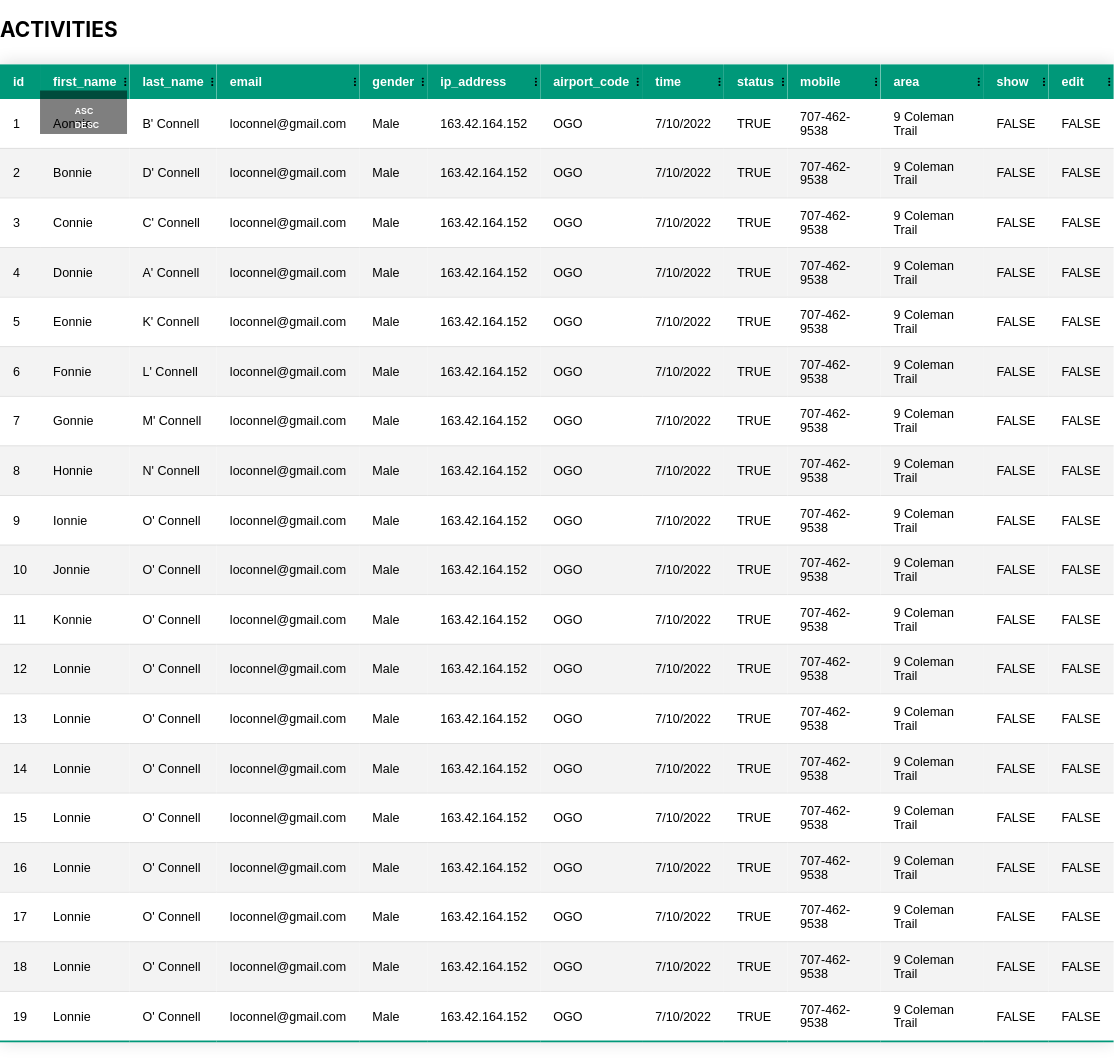
Repository: kartik077-cr7/Ckart
Page: /, after clicking the first element matching `img`
An editor plug-in stored every save of this project. The page is shown before and after the next save, followed by the edit.
The browser window is 1280 px wide. The pictures show the whole page, at 87% of full size.
The project was rebuilt for these pictures with package versions that can differ from the ones it lists, and the page was loaded fresh each time.

Above is the page before, as saved 2022-12-10 21:28:39.

### src/App.js
import Table from "./components/Table";
import { useState } from "react";
import { driversData } from "./demoData/data";
import './App.css';

function App() {

	const [tableData,setTableData] = useState(driversData);
  const [sortedCol,setSortedCol] = useState({column:-1,order:-1});

	const columns = ["id","first_name","last_name","email","gender","ip_address","airport_code","time","status","mobile","area","show","edit"];

	Array.prototype.ModernSort = function(tag,order){

		// console.log("tag is ",tag);
		function compare(a,b){
      // console.log("tag inside is ",tag);
			// console.log(a," ",a[tag]," comparing with ",b[tag]);
			if(a[tag] > b[tag])
			{
				if(order == 1)
					return 1;
				else
					return -1;
			}
			else
			{
				if(order == 1)
					return -1;
				else
					return 1;

			}
		}
		this.sort(compare);
};

	const handleFilter = (index,val) => {
		  // console.log("Filtering ",index," and val is ",val);
      const temp = tableData;
			setSortedCol({column:index,order:val});
			const tag = columns[index];
			temp.ModernSort(tag,val);
			// console.log("new table data is ",tableData);
			setTableData(tableData);
	};

  return (
    <div className="App">
			<Table
			   sortedCol = {sortedCol}
			   data = {driversData}
			   headingColumns={columns}
				 title = "Activities"
				 handleFilter={handleFilter}
			/>
    </div>
  );
}

export default App;

### src/components/Table.js
import React from "react";
import Column from "./Column";

const Table = ({ data,headingColumns,title,handleFilter,sortedCol }) => {

	const rowDatas = data.map((row,index) => {

		let rowData = [];
		let i = 0;

		for(const key in row){
			rowData.push({
				key: headingColumns[i],
				val: row[key]
			});
			i++;
		}

		const checkStatus = (data) => {
			if(data.key == 'status')
			{
				if(data.val == 'FALSE')
				  return 'red';
				else
				  return 'green';
			}
			else
			  return '';
		}

		return <tr key={index}>
		{rowData.map((data, index) => <td key={index} className={checkStatus(data)}  data-heading={data.key}>{data.val}</td>)}
	  </tr>
	})

	return (
		<div className="table-container">
			<div className="table-title">
				<h2>{title.toUpperCase()}</h2>
			</div>
			<table className="table-class">
				<thead>
					<tr>
						{headingColumns.map((col,index) => (
							<Column sortedCol={sortedCol} handleFilter={handleFilter} key={index} column_name={col} index={index}/>
						))}
					</tr>
				</thead>
				<tbody>
					{rowDatas}
				</tbody>
			</table>
		</div>
	)
}

export default Table;

### src/demoData/data.js
export const driversData = [
  {
    id: 1,
    first_name: "Aonnie",
		last_name: "B' Connell ",
		email: "loconnel@gmail.com",
		gender: "Male",
		ip_address: "163.42.164.152",
		airport_code:"OGO",
		time:"7/10/2022",
		status:"TRUE",
		mobile:"707-462-9538",
		area: "9 Coleman Trail",
		show: "FALSE",
		edit: "FALSE"
  },
  {
    id: 2,
    first_name: "Bonnie",
		last_name: "D' Connell ",
		email: "loconnel@gmail.com",
		gender: "Male",
		ip_address: "163.42.164.152",
		airport_code:"OGO",
		time:"7/10/2022",
		status:"TRUE",
		mobile:"707-462-9538",
		area: "9 Coleman Trail",
		show: "FALSE",
		edit: "FALSE"
  },
  {
    id: 3,
    first_name: "Connie",
		last_name: "C' Connell ",
		email: "loconnel@gmail.com",
		gender: "Male",
		ip_address: "163.42.164.152",
		airport_code:"OGO",
		time:"7/10/2022",
		status:"TRUE",
		mobile:"707-462-9538",
		area: "9 Coleman Trail",
		show: "FALSE",
		edit: "FALSE"
  },
  {
    id: 4,
    first_name: "Donnie",
		last_name: "A' Connell ",
		email: "loconnel@gmail.com",
		gender: "Male",
		ip_address: "163.42.164.152",
		airport_code:"OGO",
		time:"7/10/2022",
		status:"TRUE",
		mobile:"707-462-9538",
		area: "9 Coleman Trail",
		show: "FALSE",
		edit: "FALSE"
  },
  {
    id: 5,
		first_name: "Eonnie",
		last_name: "K' Connell ",
		email: "loconnel@gmail.com",
		gender: "Male",
		ip_address: "163.42.164.152",
		airport_code:"OGO",
		time:"7/10/2022",
		status:"TRUE",
		mobile:"707-462-9538",
		area: "9 Coleman Trail",
		show: "FALSE",
		edit: "FALSE"
  },
  {
    id: 6,
		first_name: "Fonnie",
		last_name: "L' Connell ",
		email: "loconnel@gmail.com",
		gender: "Male",
		ip_address: "163.42.164.152",
		airport_code:"OGO",
		time:"7/10/2022",
		status:"TRUE",
		mobile:"707-462-9538",
		area: "9 Coleman Trail",
		show: "FALSE",
		edit: "FALSE"
  },
  {
    id: 7,
		first_name: "Gonnie",
		last_name: "M' Connell ",
		email: "loconnel@gmail.com",
		gender: "Male",
		ip_address: "163.42.164.152",
		airport_code:"OGO",
		time:"7/10/2022",
		status:"TRUE",
		mobile:"707-462-9538",
		area: "9 Coleman Trail",
		show: "FALSE",
		edit: "FALSE"
  },
  {
    id: 8,
		first_name: "Honnie",
		last_name: "N' Connell ",
		email: "loconnel@gmail.com",
		gender: "Male",
		ip_address: "163.42.164.152",
		airport_code:"OGO",
		time:"7/10/2022",
		status:"TRUE",
		mobile:"707-462-9538",
		area: "9 Coleman Trail",
		show: "FALSE",
		edit: "FALSE"
  },
  {
    id: 9,
		first_name: "Ionnie",
		last_name: "O' Connell ",
		email: "loconnel@gmail.com",
		gender: "Male",
		ip_address: "163.42.164.152",
		airport_code:"OGO",
		time:"7/10/2022",
		status:"TRUE",
		mobile:"707-462-9538",
		area: "9 Coleman Trail",
		show: "FALSE",
		edit: "FALSE"
  },
  {
    id: 10,
    first_name: "Jonnie",
		last_name: "O' Connell ",
		email: "loconnel@gmail.com",
		gender: "Male",
		ip_address: "163.42.164.152",
		airport_code:"OGO",
		time:"7/10/2022",
		status:"TRUE",
		mobile:"707-462-9538",
		area: "9 Coleman Trail",
		show: "FALSE",
		edit: "FALSE"
  },
  {
    id: 11,
		first_name: "Konnie",
		last_name: "O' Connell ",
		email: "loconnel@gmail.com",
		gender: "Male",
		ip_address: "163.42.164.152",
		airport_code:"OGO",
		time:"7/10/2022",
		status:"TRUE",
		mobile:"707-462-9538",
		area: "9 Coleman Trail",
		show: "FALSE",
		edit: "FALSE"

  },
  {
    id: 12,
    first_name: "Lonnie",
		last_name: "O' Connell ",
		email: "loconnel@gmail.com",
		gender: "Male",
		ip_address: "163.42.164.152",
		airport_code:"OGO",
		time:"7/10/2022",
		status:"TRUE",
		mobile:"707-462-9538",
		area: "9 Coleman Trail",
		show: "FALSE",
		edit: "FALSE"
  },
  {
    id: 13,
    first_name: "Lonnie",
		last_name: "O' Connell ",
		email: "loconnel@gmail.com",
		gender: "Male",
		ip_address: "163.42.164.152",
		airport_code:"OGO",
		time:"7/10/2022",
		status:"TRUE",
		mobile:"707-462-9538",
		area: "9 Coleman Trail",
		show: "FALSE",
		edit: "FALSE"
  },
  {
    id: 14,
		first_name: "Lonnie",
		last_name: "O' Connell ",
		email: "loconnel@gmail.com",
		gender: "Male",
		ip_address: "163.42.164.152",
		airport_code:"OGO",
		time:"7/10/2022",
		status:"TRUE",
		mobile:"707-462-9538",
		area: "9 Coleman Trail",
		show: "FALSE",
		edit: "FALSE"
  },
  {
    id: 15,
		first_name: "Lonnie",
		last_name: "O' Connell ",
		email: "loconnel@gmail.com",
		gender: "Male",
		ip_address: "163.42.164.152",
		airport_code:"OGO",
		time:"7/10/2022",
		status:"TRUE",
		mobile:"707-462-9538",
		area: "9 Coleman Trail",
		show: "FALSE",
		edit: "FALSE"
  },
  {
    id: 16,
		first_name: "Lonnie",
		last_name: "O' Connell ",
		email: "loconnel@gmail.com",
		gender: "Male",
		ip_address: "163.42.164.152",
		airport_code:"OGO",
		time:"7/10/2022",
		status:"TRUE",
		mobile:"707-462-9538",
		area: "9 Coleman Trail",
		show: "FALSE",
		edit: "FALSE"
  },
  {
    id: 17,
		first_name: "Lonnie",
		last_name: "O' Connell ",
		email: "loconnel@gmail.com",
		gender: "Male",
		ip_address: "163.42.164.152",
		airport_code:"OGO",
		time:"7/10/2022",
		status:"TRUE",
		mobile:"707-462-9538",
		area: "9 Coleman Trail",
		show: "FALSE",
		edit: "FALSE"
  },
  {
    id: 18,
		first_name: "Lonnie",
		last_name: "O' Connell ",
		email: "loconnel@gmail.com",
		gender: "Male",
		ip_address: "163.42.164.152",
		airport_code:"OGO",
		time:"7/10/2022",
		status:"TRUE",
		mobile:"707-462-9538",
		area: "9 Coleman Trail",
		show: "FALSE",
		edit: "FALSE"
  },
  {
    id: 19,
		first_name: "Lonnie",
		last_name: "O' Connell ",
		email: "loconnel@gmail.com",
		gender: "Male",
		ip_address: "163.42.164.152",
		airport_code:"OGO",
		time:"7/10/2022",
		status:"TRUE",
		mobile:"707-462-9538",
		area: "9 Coleman Trail",
		show: "FALSE",
		edit: "FALSE"
  },
];

### src/App.css
.table-container{
	width: 100%;
}
.table-class{
	width: 100%;
	border-collapse: collapse;
	margin: 25px 0;
	font-size: 0.9em;
	font-family: sans-serif;
	min-width: 400px;
	box-shadow: 0 0 20px rgba(0, 0, 0, 0.15);
}

.table-class thead tr {
	background-color: #009879;
	color: #ffffff;
	text-align: left;
}

.table-class th,
.table-class td {
    padding: 12px 15px;
}

.table-class tbody tr {
	border-bottom: 1px solid #dddddd;
}

.table-class tbody tr:nth-of-type(even) {
	background-color: #f3f3f3;
}

.table-class tbody tr:last-of-type {
	border-bottom: 2px solid #009879;
}

.table-class tbody tr.active-row {
	font-weight: bold;
	color: #009879;
}

.modal {
	position: absolute;
	left: 0;
	top: 30px;
	right: 0;
	bottom: 0;
	background-color: rgba(0,0,0,0.5);
	height: 50px;
	width:  100px;
}

.modal-body{
	padding: 0px;
}

li:before {
  position: absolute;
  content: "";
  width: 100%;
  height: 100%;
  bottom: 0;
  left: 0;
  background-color:#F68026;
  z-index: -1;
  transform: scale(0);
  transition: transform 0.5s ease-in-out;
}

li {
	cursor: pointer;
	display: inline-block;
	width: 100%;
}

li:hover {
	background-color: rgb(179, 255, 0);
}

.active{
	background-color: rgb(179, 255, 0);
}

### src/components/Column.js
import React from 'react';
import { useState } from 'react';
import Dots from "../svg/vertical_dot.svg";
import Modal from './Modal';

const Column = ({column_name,index,handleFilter,sortedCol}) => {

	const [open, setOpen] = useState(false);

	const handleOpen = () => {
		console.log("opening modal ");
		setOpen(!open);
	};

	const handleClose = () => {
    setOpen(false);
	};

	const handleFilterCol = (val) => {
		handleFilter(index,val);
	};

	return (
		<th key = {index} style={{position:"relative"}} onClick = {() => {if(open)setOpen(false) } }>
			{column_name}
			{open && <Modal active_no={ index === sortedCol.column? sortedCol.order : -1 } sortedCol={sortedCol} handleFilter = {handleFilterCol} />}
			{ index !== 0 && <img
			  onClick = {handleOpen}
				src = {Dots}
				style={{
					width: "10px",
					height: "10px",
					top: "15px",
					right: "0px",
					position: "absolute",
					cursor: "pointer",
				}}
			 />
			}
		</th>
	)
};

export default Column;

### src/components/Modal.js
import React from "react";

const Modal = ({handleFilter,active_no}) => {

	console.log("active no is ",active_no);

	const helper = (val) => {

		 if(active_no == val)
		  return "active";
	}

	return(
		<div className="modal">
		    <ul>
					<li className = {helper(1)} style={{ fontSize:"10px" }} onClick={() => handleFilter(1) }>ASC</li>
					<li className = {helper(2)} style={{ fontSize:"10px" }} onClick={() => handleFilter(2) }>DESC</li>
				</ul>
		</div>
	)
};

export default Modal;

Loaded but not shown: public/index.html (common file); src/index.js (common file); src/index.css (common file); src/reportWebVitals.js (common file)

After the next save:
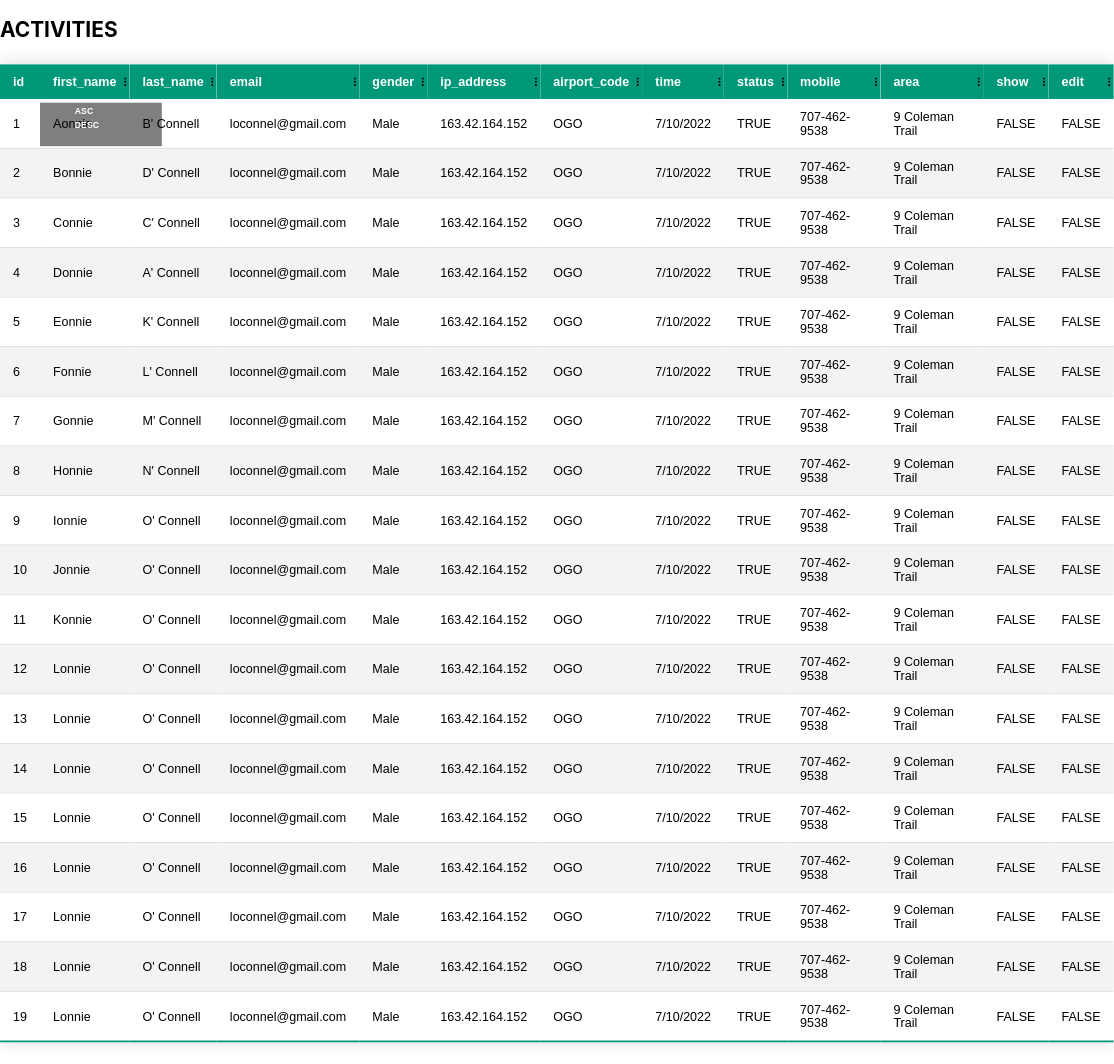
Saved 61 min 41 s later.
--- a/src/components/Modal.js
+++ b/src/components/Modal.js
@@ -11,12 +11,10 @@ const Modal = ({handleFilter,active_no}) => {
 	}
 
 	return(
-		<div className="modal">
-		    <ul>
+		    <ul className="modal">
 					<li className = {helper(1)} style={{ fontSize:"10px" }} onClick={() => handleFilter(1) }>ASC</li>
 					<li className = {helper(2)} style={{ fontSize:"10px" }} onClick={() => handleFilter(2) }>DESC</li>
 				</ul>
-		</div>
 	)
 };
 
